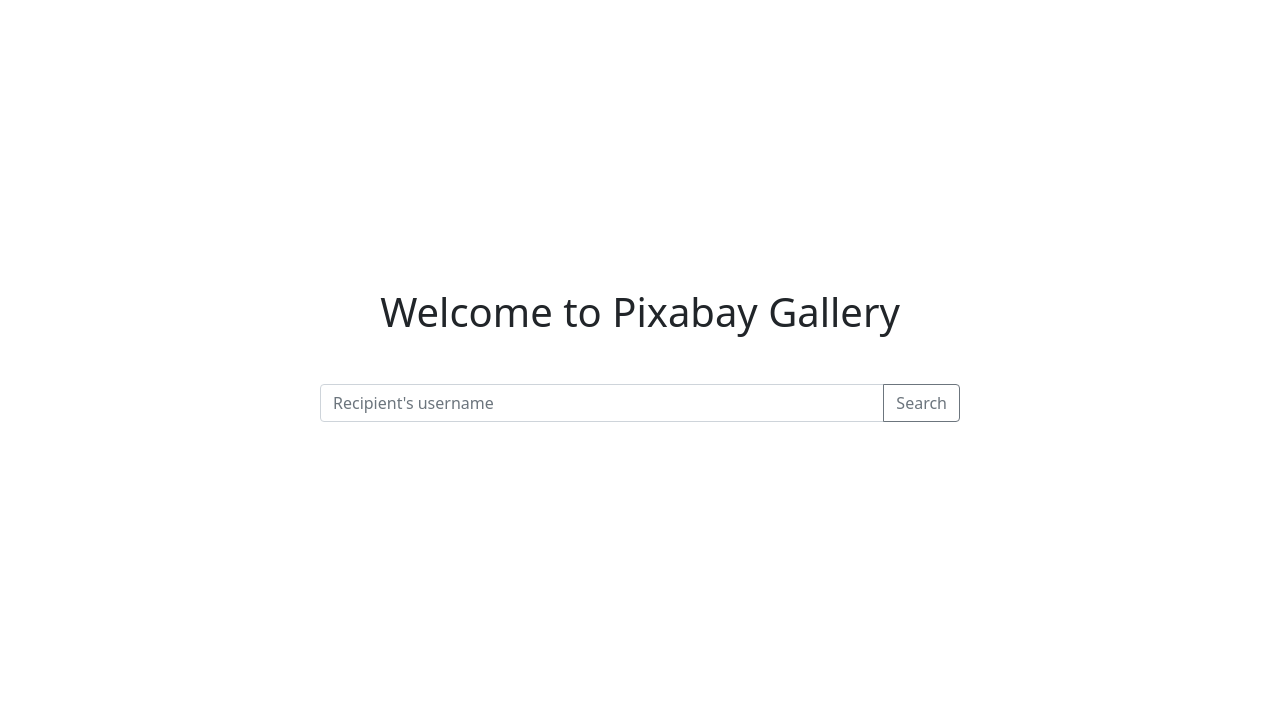
Repository: mehedi9465/PixaBay-Gallery
Page: index.html
The author's editor kept a copy of each file at every save. The page is drawn from the files as they stood at one save, then again after a run of saves.
The browser window is 1280 px wide. The pictures show the whole page.

Above is the page before, as saved 2023-05-09 15:09:09.

### index.html
<!DOCTYPE html>
<html lang="en">
  <head>
    <meta charset="UTF-8" />
    <meta http-equiv="X-UA-Compatible" content="IE=edge" />
    <meta name="viewport" content="width=device-width, initial-scale=1.0" />
    <title>Pixabay</title>
    <link
      rel="shortcut icon"
      href="https://pixabay.com/favicon-32x32.png"
      type="image/x-icon"
    />
    <link
      href="https://cdn.jsdelivr.net/npm/bootstrap@5.1.1/dist/css/bootstrap.min.css"
      rel="stylesheet"
      integrity="sha384-F3w7mX95PdgyTmZZMECAngseQB83DfGTowi0iMjiWaeVhAn4FJkqJByhZMI3AhiU"
      crossorigin="anonymous"
    />
    <script
      src="https://cdn.jsdelivr.net/npm/bootstrap@5.1.1/dist/js/bootstrap.bundle.min.js"
      integrity="sha384-/bQdsTh/da6pkI1MST/rWKFNjaCP5gBSY4sEBT38Q/9RBh9AH40zEOg7Hlq2THRZ"
      crossorigin="anonymous"
    ></script>
    <link rel="stylesheet" href="css/style.css" />
  </head>
  <body>
    <!-- <main>
    <div class="input-group mt-5 mb-5 w-50 mx-auto overflow-hidden">
        <input type="text" class="form-control" placeholder="Recipient's username" aria-label="Recipient's username" aria-describedby="button-addon2" id="InputField">
        <button class="btn btn-outline-secondary" type="button" id="button-addon2">Search</button>
    </div>
    <div id="details" class="text-center mb-5 position-relative overflow-auto">

    </div>

    <div id="image-Container" class="row row-cols-1 row-cols-md-4 g-4 overflow-hidden">

    </div>
</main> -->

    <main>
      <div class="position-relative" style="height: 80vh">
        <div
          class="text-center fs-1 position-absolute top-50 bottom-50 start-0 end-0 m-auto"
        >
          <h1 id="welcometxt" class="text-center fs-1">
            Welcome to Pixabay Gallery
          </h1>
          <div class="input-group mt-5 mb-5 w-50 mx-auto overflow-hidden">
            <input
              type="text"
              class="form-control"
              placeholder="Recipient's username"
              aria-label="Recipient's username"
              aria-describedby="button-addon2"
              id="InputField"
            />
            <button
              class="btn btn-outline-secondary"
              type="button"
              id="button-addon2"
            >
              Search
            </button>
          </div>
        </div>
      </div>

      <div
        id="details"
        class="text-center mb-5 position-relative overflow-auto"
      ></div>

      <div
        id="image-Container"
        class="row row-cols-1 row-cols-md-4 g-4 overflow-hidden"
      ></div>
    </main>

    <script src="js/script.js"></script>
  </body>
</html>

### css/style.css
.col img{
    width: 450px;
    height: 350px;
    object-fit: cover;
}

### js/script.js
const KEY = "12991928-c7c6409774c494db9971343c7";
let dataList = [];

const getData = (query) => {
  fetch(
    `https://pixabay.com/api/?key=${KEY}&q=${query}&image_type=photo&pretty=true`
  )
    .then((response) => response.json())
    .then((data) => loadData(data.hits))
    .catch((err) => console.log(err));
};

document.getElementById("button-addon2").addEventListener("click", () => {
  const inputValue = document.getElementById("InputField").value;
  getData(inputValue);
  document.getElementById("welcometxt").setAttribute("class", "d-none");
});

const loadData = (datas) => {
  dataList = [...datas];
  if (datas.length === 0) {
    alert("No result found");
    return;
  }
  const imageContainer = document.getElementById("image-Container");
  imageContainer.innerHTML = "";
  datas.forEach((data) => {
    let imgSerial = datas.indexOf(data);
    const appendDiv = document.createElement("div");
    appendDiv.innerHTML = `
        <div id="image" class="col text-center" onclick="loadDetails('${data.largeImageURL}', '${imgSerial}')">
            <img src="${data.largeImageURL}" class="card-img-top" alt="...">
        </div>
        `;
    imageContainer.appendChild(appendDiv);
  });
};

const detailDiv = document.getElementById("details");

document.getElementById("InputField").addEventListener("click", () => {
  document.getElementById("InputField").value = "";
});

const loadDetails = (data, imgSerial) => {
  // console.log(imgSerial);
  const img = document.createElement("img");
  img.setAttribute("src", data);

  const nextBTN = document.createElement("span");
  // nextBTN.innerHTML = `<button class="btn btn-secondary border-0 outline-0">Next</button>`
  nextBTN.innerHTML = `<img src="https://cdn-icons-png.flaticon.com/512/892/892528.png" width='80' class="position-absolute end-0 top-50 bottom-50 m-auto cursor-pointer" alt="..." onclick="onNext('${imgSerial}')" />`;

  const prevBTN = document.createElement("span");
  // prevBTN.innerHTML = `<button class="btn btn-secondary border-0 outline-0">Prev</button>`
  prevBTN.innerHTML = `<img src="https://cdn-icons-png.flaticon.com/512/892/892512.png" width='80' class="position-absolute start-0 top-50 bottom-50 m-auto cursor-pointer" alt="..." onclick="onPrev('${imgSerial}')" />`;

  detailDiv.innerHTML = "";
  detailDiv.append(prevBTN);
  detailDiv.appendChild(img);
  detailDiv.append(nextBTN);
};

const onNext = (imgSerial) => {
  if (imgSerial >= 0 && imgSerial <= 18) {
    imgSerial++;
    const data = dataList[imgSerial];
    loadDetails(data.largeImageURL, imgSerial);
  } else if (imgSerial == 19) {
    imgSerial = 0;
    const data = dataList[imgSerial];
    loadDetails(data.largeImageURL, imgSerial);
  }
};

const onPrev = (imgSerial) => {
  if (imgSerial <= 19 && imgSerial >=1) {
    imgSerial--;
    const data = dataList[imgSerial];
    loadDetails(data.largeImageURL, imgSerial);
  } else if (imgSerial == 0) {
    imgSerial = 19;
    const data = dataList[imgSerial];
    loadDetails(data.largeImageURL, imgSerial);
  }
};

// const nextBTN = ' <span><img class="border-0 outline-0" src="https://cdn-icons-png.flaticon.com/512/892/892512.png" alt="Prev" width="200"></span>'
// const prevBTN = '<span><img src="https://cdn-icons-png.flaticon.com/512/892/892528.png" alt="Next" width="200"></span>'

After the next 3 saves:
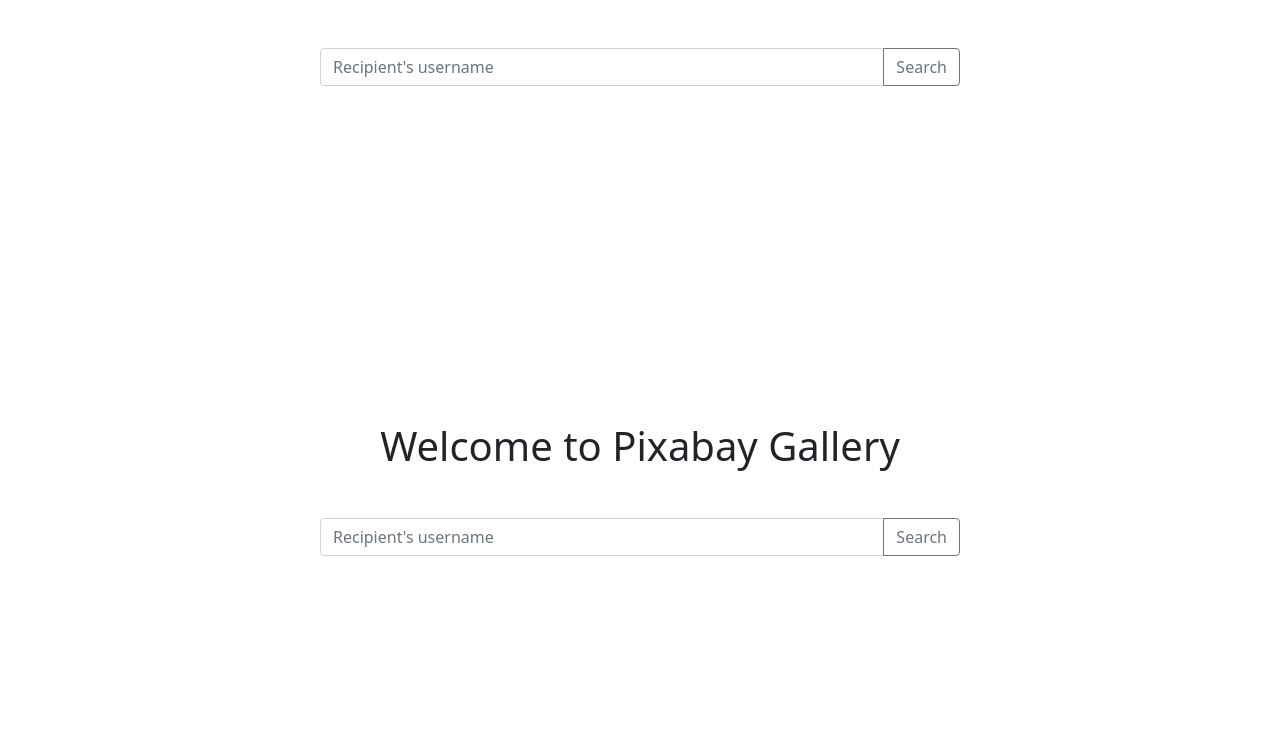
The 3 saves are shown as one change because they came seconds apart.
The last was saved 40 s later.
--- a/index.html
+++ b/index.html
@@ -39,6 +39,24 @@
 </main> -->
 
     <main>
+      <div class="input-group mt-5 mb-5 w-50 mx-auto overflow-hidden">
+        <input
+          type="text"
+          class="form-control"
+          placeholder="Recipient's username"
+          aria-label="Recipient's username"
+          aria-describedby="button-addon2"
+          id="InputField"
+        />
+        <button
+          class="btn btn-outline-secondary"
+          type="button"
+          id="button-addon2"
+        >
+          Search
+        </button>
+      </div>
+
       <div class="position-relative" style="height: 80vh">
         <div
           class="text-center fs-1 position-absolute top-50 bottom-50 start-0 end-0 m-auto"

After the 5 saves that followed:
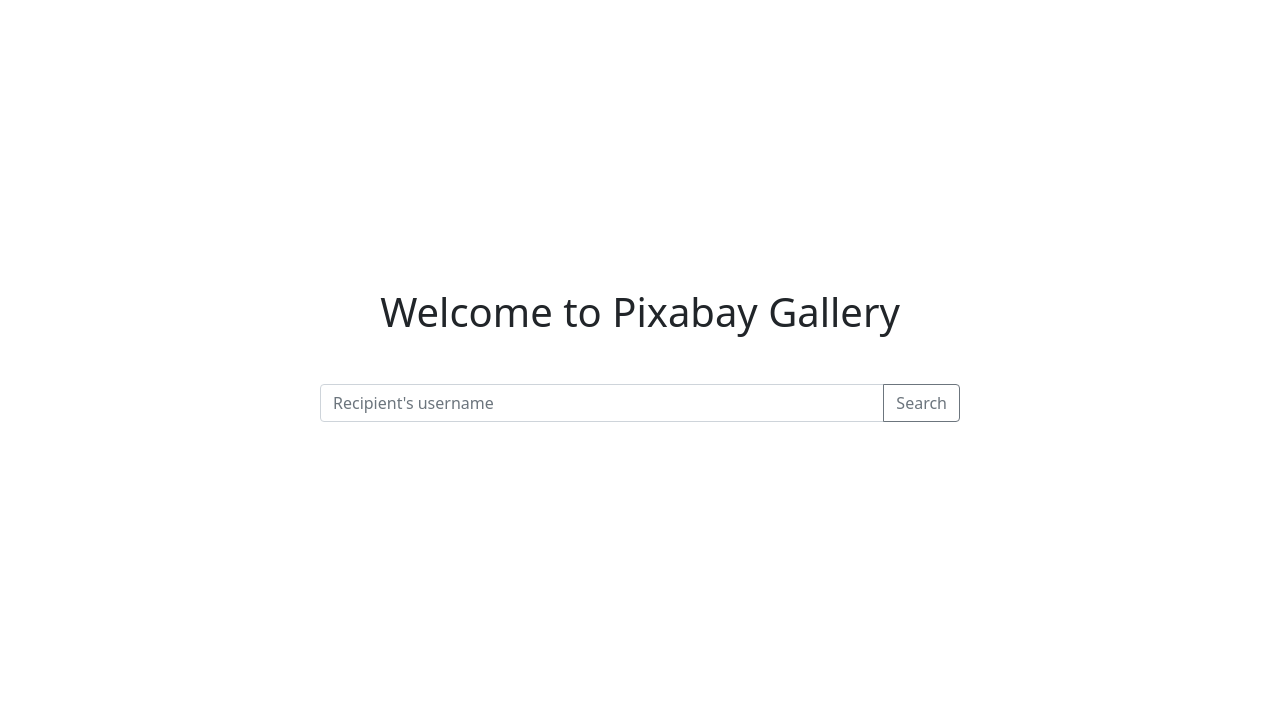
The 5 saves are shown as one change because they came seconds apart.
The last was saved 15 s later.
--- a/index.html
+++ b/index.html
@@ -39,7 +39,7 @@
 </main> -->
 
     <main>
-      <div class="input-group mt-5 mb-5 w-50 mx-auto overflow-hidden">
+      <div class="input-group mt-5 mb-5 w-50 mx-auto overflow-hidden d-none">
         <input
           type="text"
           class="form-control"
